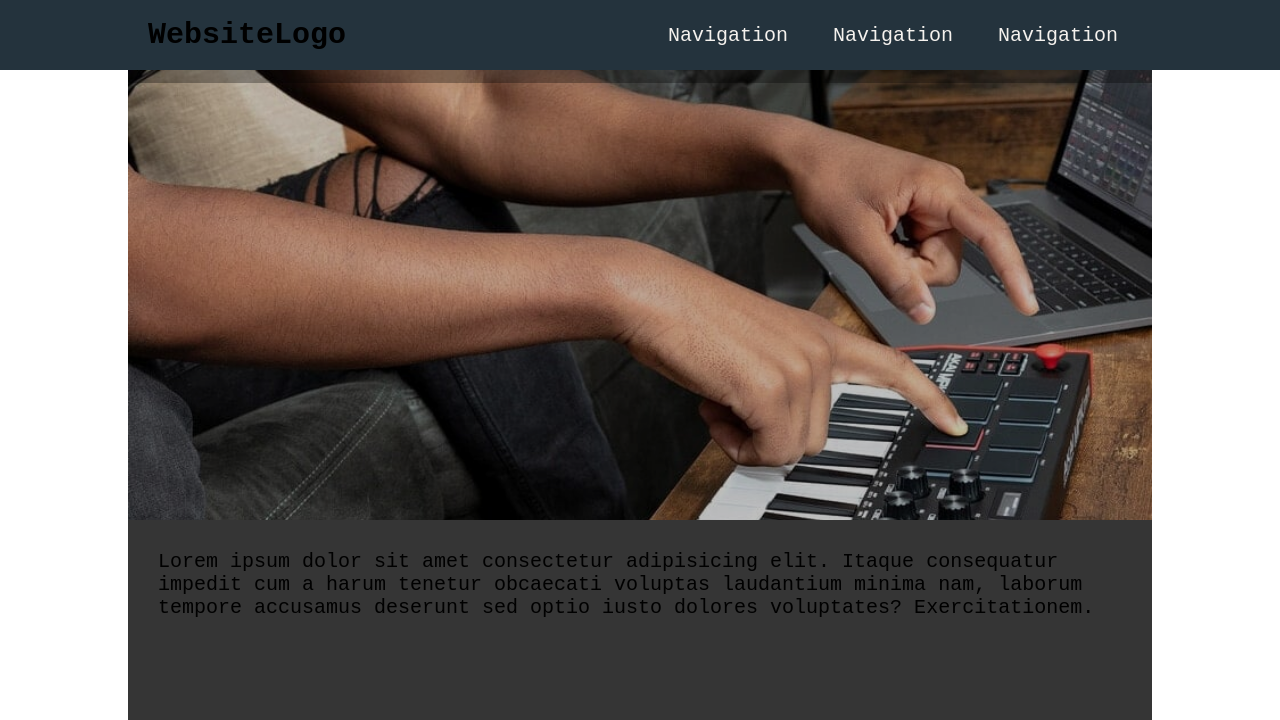
Repository: piotrokrutniak/Projekt-Studia
Page: index.html
These files come from the project's save history. The page is drawn as it stood at one moment and after the next save; the edit follows.
The browser window is 1280 px wide. The pictures show the whole page.

Above is the page before, as saved 2023-03-04 14:13:17.

### index.html
<!DOCTYPE html>
<head>
    <meta charset="UTF-8" />
    <meta http-equiv="X-UA-Compatible" content="IE=edge" />
    <meta name="viewport" content="width=device-width, initial-scale=1.0" />
    <link rel="stylesheet" type="text/css" href="styles.css" />
    <title>Website Title</title>
</head>
<body>
    <div class="navbar-container">
        <div class="navbar">
            <div class="logo">
                <div class="logo-contents">
                    WebsiteLogo
                </div>
            </div>
            <div class="navigation">
                <a href="/index" class="navigation-link">
                    <div class="navigation-button">
                        Navigation
                    </div>
                </a>
                <a href="/index" class="navigation-link">
                    <div class="navigation-button">
                        Navigation
                    </div>
                </a>
                <a href="/index" class="navigation-link">
                    <div class="navigation-button">
                        Navigation
                    </div>
                </a>
            </div>
        </div>
    </div>

    <div class="main-section">
        <div class="carousel-section">
            <img class="carousel-img" src="img/Hero-2.jpg" alt="MIDI controller on a table">
            <div class="carousel-desc">
                Lorem ipsum dolor sit amet consectetur adipisicing elit. Itaque consequatur impedit cum a harum tenetur obcaecati voluptas laudantium minima nam, laborum tempore accusamus deserunt sed optio iusto dolores voluptates? Exercitationem.

            </div>
        </div>
        <div class="text-section">
        Lorem ipsum dolor sit amet consectetur adipisicing elit. Itaque consequatur impedit cum a harum tenetur obcaecati voluptas laudantium minima nam, laborum tempore accusamus deserunt sed optio iusto dolores voluptates? Exercitationem.
        </div>
    </div>
</body>

### styles.css
:root{
    --nav-link-width: 150px;
}

body{
    font-family: monospace;
    margin: 0;
    min-width: 328px;
}

.navbar-container{
    width: 100%;
    height: 70px;
    background: rgb(36, 51, 61);
    position: sticky;
    top: 0;
    max-width: 100%;
    overflow: hidden;

}

.navbar{
    position: relative;
    max-width: 1024px;
    min-width: 328px;
    height: 50px;
    top: 0px;
    margin: auto;
    display: flex;
    flex-direction:row;
    justify-content: space-between;
    top: 50%;
    -ms-transform: translateY(-50%);
    transform: translateY(-50%);
    font-size: 20px;
}

a{
    text-decoration: none;
    color:rgba(245, 242, 238);
}

.navigation{
    display: grid;
    grid-template-columns: var(--nav-link-width) var(--nav-link-width) var(--nav-link-width);
    grid-gap: 15px;
    padding-right: 20px;
}

.navigation-link{
    position: relative;
    padding-left: 15px;
    padding-right: 15px;
    transition: 0.15s;
    transition-timing-function: ease-in-out;
    border: 1px solid;
    border-radius: 5px;
    border-color: rgba(255, 255, 255, 0);
}

.navigation-link:hover{
    border-color: rgba(255, 255, 255, 0.103);

}

.navigation-button{
    text-align: center;
    position: relative;
    top: 50%;
    -ms-transform: translateY(-50%);
    transform: translateY(-50%);
}

.logo{
    position: relative;
    height: 49px;
    padding-left: 20px;
    padding-right: 20px;
    font-weight: 900;
    font-size: 30px;
}

.logo-contents{
    text-align: center;
    position: relative;
    top: 50%;
    -ms-transform: translateY(-50%);
    transform: translateY(-50%);
}

.main-section{
    position: relative;
    max-width: 1024px;
    min-width: 328px;
    min-height: calc(100vh - 70px);
    margin: auto;
    font-size: 20px;
    background: rgb(53, 53, 53);
}

.carousel-section{
    position: relative;
    width: 100%;
    height: 450px;
    background: floralwhite;
}

@media screen and (max-width:750px){
    .carousel-section{
        min-height: 300px;
        height: auto;
    }
}

.carousel-section{
    background: black;
    max-width: 100%;
    width: 100%;
    text-align:center;
    position: sticky;
    margin: auto;
    max-height:calc(100vh - 80px);
    min-height: 250px;
    overflow: hidden;
}

.carousel-img{
    width: 100%;
    max-height:calc(100vh - 80px);
    display: flex;
    position: sticky;
    flex-shrink:0;
    object-fit:cover;
    min-height: 250px;

    object-fit: cover;
    opacity: 0.75;
}

.carousel-desc{
    position: absolute;
    top: -100px;
    width: 100%;
    background: rgba(0, 0, 0, 0.315);
    height: 25%;
    min-height: 50px;
    width: 100%;
}

.text-section{
    padding: 30px;
}

After the next save:
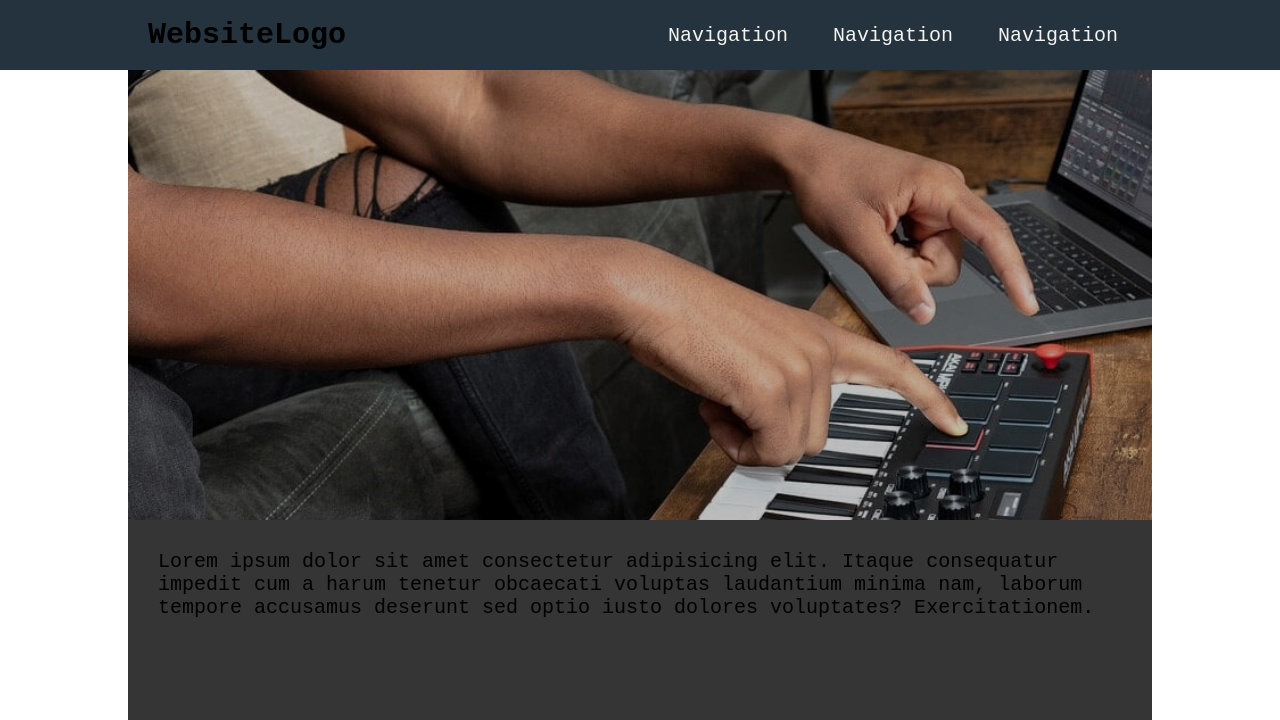
Saved 7 s later.
--- a/styles.css
+++ b/styles.css
@@ -139,7 +139,7 @@ a{
 
 .carousel-desc{
     position: absolute;
-    top: -100px;
+    top: -200px;
     width: 100%;
     background: rgba(0, 0, 0, 0.315);
     height: 25%;
